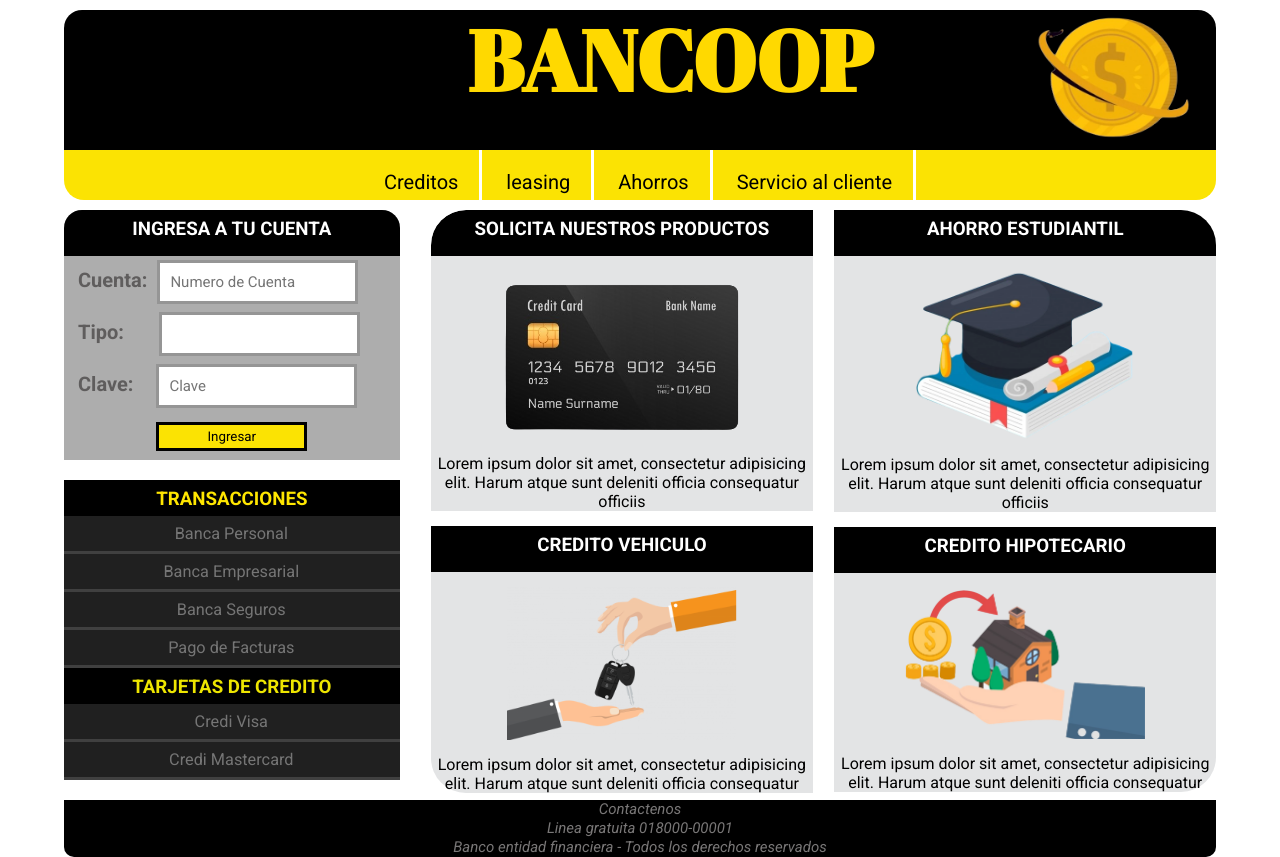
Repository: NickArregoces/BANCOOP
Page: Index.html
The author's editor kept a copy of each file at every save. The page is drawn from the files as they stood at one save, then again after the next save.
The browser window is 1280 px wide. The pictures show the whole page.

Above is the page before, as saved 2021-10-08 21:17:51.

After the next save:
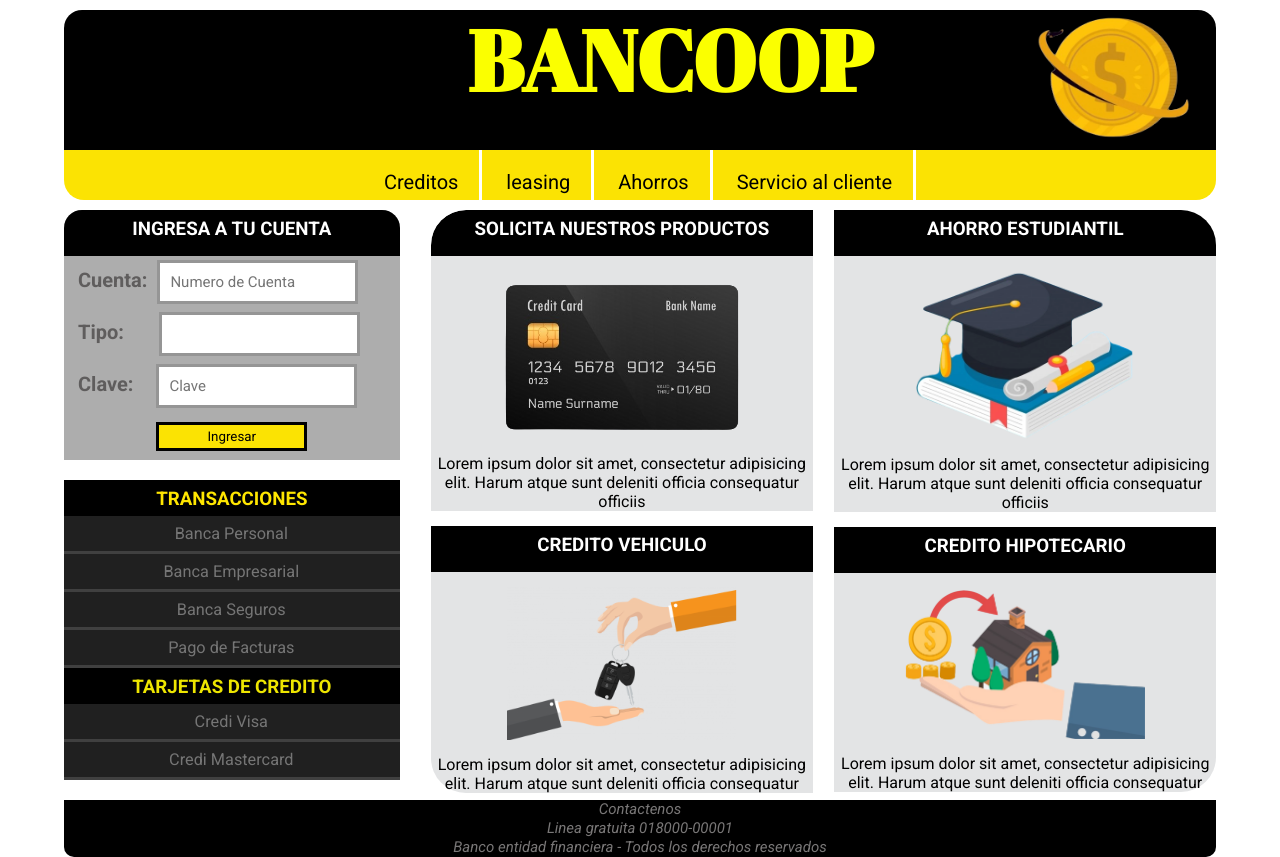
Saved 4 s later.
--- a/CSS/Style.css
+++ b/CSS/Style.css
@@ -34,7 +34,7 @@ header{
         text-align: center;
         line-height: 60px;
         display: block;
-        color: rgb(255, 217, 0);
+        color: rgb(251, 255, 0);
     }
     header h3{
         font-size: 20px;
